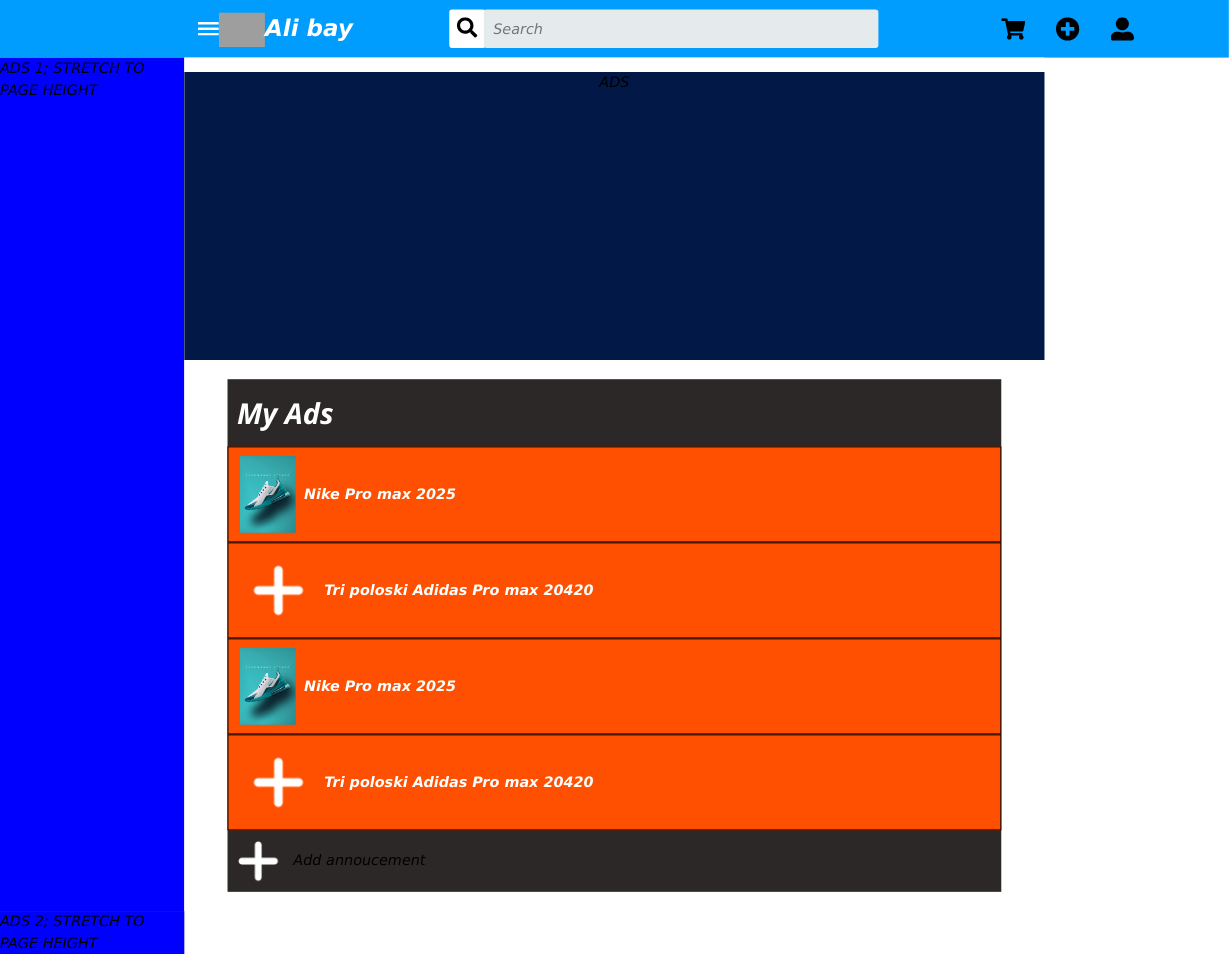
Repository: Aramys21/alibay-site
Page: public/ad_list.html
The author's editor kept a copy of each file at every save. The page is drawn from the files as they stood at one save, then again after the next save.
The browser window is 1280 px wide. The pictures show the whole page, at 96% of full size.
Pictures or frames that could not be fetched are drawn as grey boxes.

Above is the page before, as saved 2023-04-05 00:41:52.

### public/ad_list.html
<!DOCTYPE html>
<html>
  <head>
	<link rel="stylesheet" href="src/css/w3.css">
	<link rel="stylesheet" href="src/css/style.css">
	<link rel="stylesheet" href="src/css/style4.css">
    <title>Ads List Page</title>
  </head>
  <body>
	<div class="w3-sidebar w3-bar-block w3-card w3-animate-left side-bar" style="display:none" id="mySidebar">
		<!-- Side bar Menu -->
		<div class="sidebar-language">
			<button class="w3-bar-item w3-button w3-xlarge sidebar">ENG</button>
			<button class="w3-bar-item w3-button w3-xlarge sidebar">FR</button>
			<button class="w3-bar-item w3-button w3-xlarge sidebar">عربي</button>
		</div>
		<!-- contents of side bar -->
		<a class="w3-bar-item sidebar-title">Compte</a>
		<a href="login.html" class="w3-bar-item sidebar-link"><img class="search-icon" src="src/icons/account-white-icon.svg" style="height:12px;"> Login</a>
		<a href="register.html" class="w3-bar-item sidebar-link"><img class="search-icon" src="src/icons/account-add-icon.svg" style="height:12px;"> Register</a>
		<!-- separator -->
		<a class="w3-bar-item sidebar-title">Categories</a>
		<a href="#" class="w3-bar-item sidebar-link"><img class="search-icon" src="src/icons/perfume-icon.svg" style="height:18px;"> Cosmetique et beauté</a>
		<a href="#" class="w3-bar-item sidebar-link"><img class="search-icon" src="src/icons/watch-icon.svg" style="height:18px;"> Accessoire de mode</a>
		<a href="#" class="w3-bar-item sidebar-link"><img class="search-icon" src="src/icons/car-icon.svg" style="height:18px;"> Véhicules</a>
		<a href="#" class="w3-bar-item sidebar-link"><img class="search-icon" src="src/icons/battery-icon.svg" style="height:18px;"> piéces détachées</a>
		<a href="#" class="w3-bar-item sidebar-link"><img class="search-icon" src="src/icons/android-icon.svg" style="height:18px;"> Téléphones</a>
		<a href="#" class="w3-bar-item sidebar-link"><img class="search-icon" src="src/icons/headphones-icon.svg" style="height:18px;"> Accessoires de téléphones</a>
		<a href="#" class="w3-bar-item sidebar-link"><img class="search-icon" src="src/icons/appliance-icon.svg" style="height:18px;"> Electronique et electroménager</a>
		<a href="vetements.html" class="w3-bar-item sidebar-link"><img class="search-icon" src="src/icons/clothes-icon.svg" style="height:18px;"> Vétements</a>
	</div>

   <div id="navbar" class="navbar">
		<a href="#" id="openNav" class="w3-large navbar-first" onclick="menu_click()"><svg width="22" height="14" viewBox="0 0 22 14" fill="none" xmlns="http://www.w3.org/2000/svg">
			<path d="M0.785714 2.57143H21.2143C21.6482 2.57143 22 2.31561 22 2V0.571429C22 0.255821 21.6482 0 21.2143 0H0.785714C0.351754 0 0 0.255821 0 0.571429V2C0 2.31561 0.351754 2.57143 0.785714 2.57143ZM0.785714 8.28571H21.2143C21.6482 8.28571 22 8.02989 22 7.71429V6.28571C22 5.97011 21.6482 5.71429 21.2143 5.71429H0.785714C0.351754 5.71429 0 5.97011 0 6.28571V7.71429C0 8.02989 0.351754 8.28571 0.785714 8.28571ZM0.785714 14H21.2143C21.6482 14 22 13.7442 22 13.4286V12C22 11.6844 21.6482 11.4286 21.2143 11.4286H0.785714C0.351754 11.4286 0 11.6844 0 12V13.4286C0 13.7442 0.351754 14 0.785714 14Z" fill="white"/>
			</svg>
			</a>
		<div class="navbar__logo"><a href="home.html"><img src="src/images/logo-ab.png" style="width:8%;height:auto;"/>Ali bay</a></div>
		<div class="navbar__search">
		<a class="search-icon-link" href="#"><img class="search-icon" src="src/icons/search-icon.svg" style="width:22px;"></a>
		<input type="text" placeholder="Search" class="navbar__search__input"/>
		</div>
		<div class="navbar__links">


			<div class="dropdown">
				<a href="#" class="dropbtn"><img class="nav-icons" src="src/icons/cart-icon.svg"></a>
				<div id="dropdown-cart" class="dropdown-content">
					<p>My Cart</p>
					<a href="#"><img class="search-icon" src="src/icons/clothes-icon.svg"> Link 1</a>
					<a href="#"><img class="search-icon" src="src/icons/watch-icon.svg"> Link 2</a>
					<a href="#"><img class="search-icon" src="src/icons/appliance-icon.svg"> Link 3</a>
				</div>
			</div>

			<div class="dropdown">
				<a href="ad_list.html" class="dropbtn"><img class="nav-icons" src="src/icons/add-icon.svg"></a>
			</div>

			<div class="dropdown">
				<a href="#" class="dropbtn"><img class="nav-icons" src="src/icons/account-icon.svg"></a>
				<div id="dropdown-acc" class="dropdown-content">
					<p>My Account</p>
					<div class="dropdown-acc-info-container">
						<div class="dropdown-acc-icon"><img id="dropdown-account-icon" src="src/icons/account-icon.svg"></div>
						<a id="dropdown-acc-username">WexDex</a>
					</div>

					<a href="#">Disconnect</a>
				</div>
			</div>

      </div>
    </div>
	<script>
		function menu_click() {
		  if (document.getElementById("mySidebar").style.display === "none") {
			  document.getElementById("mySidebar").style.left = "0";
			  document.getElementById("mySidebar").style.width = "15%";
			  document.getElementById("mySidebar").style.display = "block";
		  }
		  else {
			  document.getElementById("mySidebar").style.display = "none";
		  }
		}
		function w3_close() {
			  document.getElementById("mySidebar").style.display = "none";
		}
	</script>

	<!-- Body Start -->
	<div id="container" style="display:flex;">
	<div class="left">ADS 1; STRETCH TO PAGE HEIGHT</div>
	<div class="main">
		<!-- ADS -->
		<div class="ad-box">
			<p>ADS</p>
		</div>
		<!-- main content -->

		<div class="list-container">
			<div class="list-label"><h2>My Ads</h2></div>
			<!-- Item list -->

			<!-- Single item start -->
			<div class="list-item">
				<a><img src="src/images/ades (1).png"></a>
				<a>Nike Pro max 2025</a>
			</div>
			<!-- single item end -->

			<!-- Single item start -->
			<div class="list-item">
				<a><img src="src/images/ades (2).png"></a>
				<a>Tri poloski Adidas Pro max 20420</a>
			</div>
			<!-- single item end -->

			<!-- Single item start -->
			<div class="list-item">
				<a><img src="src/images/ades (1).png"></a>
				<a>Nike Pro max 2025</a>
			</div>
			<!-- single item end -->

			<!-- Single item start -->
			<div class="list-item">
				<a><img src="src/images/ades (2).png"></a>
				<a>Tri poloski Adidas Pro max 20420</a>
			</div>
			<!-- single item end -->
			<a href="#" style="color:green">
				<a href="#"><img src="src/images/ades (2).png"></a>
				<a href="#" style="text-decoration: none;">Add annoucement</a>
			</div></a>
		</div>


	</div>
		<div class="right">ADS 2; STRETCH TO PAGE HEIGHT</div>
	</div>

	<a href="#" class="back-to-top"></a>
	<script>
		const backToTopButton = document.querySelector('.back-to-top');

		window.addEventListener('scroll', () => {
		  if (window.scrollY > 200) {
			backToTopButton.classList.add('show');
		  } else {
			backToTopButton.classList.remove('show');
		  }
		});

		backToTopButton.addEventListener('click', () => {
		  window.scrollTo({ top: 0, behavior: 'smooth' });
		});

	</script>
  </body>
</html>

### public/src/css/style.css
html,
body {

  font-style: italic;
}

/* Style for the navbar */
  .navbar {
	display: flex;
	justify-content: space-between;
	align-items: center;
	background-color: #009dff;
	color: #fff;
	padding: 10px;
	height: 60px;
  }
  .navbar__logo a {
	font-size: 24px;
	font-weight: bold;
	display: inline;
	color: #fff;
	text-decoration: none;

  }
  .navbar__logo img {
	  width:20% !important;
  }
  .navbar-first {
	  margin-left: 15%;
  }
  .navbar__logo {
	  display: inline;
	  width: 30%;
  }
  .navbar__search {
	  display: flex;
	  width:70%;
  }

  .navbar__search__input {
	/* margin: 0 20px; */
	margin-left: -2px;
	height: 40px;
	border-radius: 3px;
	border: none;
	padding: 0 10px;
	z-index: 1;
  }

  input[type="text"].navbar__search__input {
	margin-right: 20%;
	width: 100% !important;
	background-color: #e5eaed;
  }
  .search-icon-link {
	padding-top: 7px;
	background-color: #ffffff;
	border-radius: 3px;
	border: none;
	padding-left: 8px;
	padding-right: 8px;
  }

  .navbar__links {
	display: flex;
	margin-right: 5%;
  }
  .navbar__links a {
	color: #000;
	text-decoration: none;
	margin-right: 30px;
	font-size: 20px;
	margin-right: 50px;
  }
  .navbar__links a:last-child {
	margin-right: 0;
  }


  .nav-icons {
	  fill: black;
	  color: black;
  }

.side-bar {
	transition: 0.5s;
	background-color: #009dff;
	color: #fff;
}

#navbar {
  transition: margin-left .5s;
  padding: 20px;
}

@media screen and (max-height: 450px) {
  .navbar {padding-top: 15px;}
  .navbar a {font-size: 18px;}
}

/* Drop down */

.dropdown {
  float: left;
  overflow: hidden;
}

.dropdown .dropbtn {
  font-size: 16px;
  border: none;
  outline: none;
  color: white;
  padding: 14px 16px;
  background-color: inherit;
  font-family: inherit;
  margin: 0;
}

.navbar a:hover, .dropdown:hover .dropbtn {

}

.dropdown-content {
  display: none;
  position: absolute;
  background-color: #f9f9f9;
  box-shadow: 0px 8px 16px 0px rgba(0,0,0,0.2);
  z-index: 1;
  right : 10px;
}
#dropdown-cart {
	min-width: 400px;
}
#dropdown-acc {
	min-width: 250px;
}

.dropdown-acc-info-container {
	display: flex;
	align-items: center;
	background-color: #2D2828;
}
.dropdown-acc-info-container a {
	color: white;
	font-size: 20px;

}

.dropdown-acc-icon {
  display: flex;
  justify-content: center;
  align-items: center;
  width: 70px;
  height: 70px !important;
  border-radius: 50%;
  background-color: #FE5000;
  margin-bottom: 5px;
  color: white;
  margin: 5px;
}

.dropdown-acc-icon img {
	fill: #fff;
	color: #fff;
}

.dropdown-content a:not([id="dropdown-acc-username"]),.dropdown-content p,.dropdown-content img {
  float: none;
  color: #fff;
  padding: 6px 10px;
  text-decoration: none;
  display: flex;
  text-align: left;
  margin-right: 0;
  background-color: #FE5000;
}
.dropdown-content img {
	background-color: transparent;
}
.dropdown-content a {
	display: flex;
}

.dropdown-content p {
	background-color: #2D2828;
	margin-bottom: 0;
	margin-top: 0;
	font-size: 20px;
	color: #fff;
}
#dropdown-acc p {
	background-color: #000;
}

.dropdown-content a:hover:not([id="dropdown-acc-username"]),.dropdown-content img:hover {
  background-color: #942B0A;
}
#dropdown-account-icon:hover {
	background-color: transparent;
}

.dropdown:hover .dropdown-content {
  display: block;
}

/* Sidebar */

.sidebar-language button {
	width: 34%;
	font-size: 20px;
}
.sidebar-language {
	display: flex;
	background-color: #0077ff;
	color: #fff;
}
a.sidebar-title, a.sidebar-link {
	text-decoration: none;
}
a.sidebar-link {
	margin-left: 5%;
}
a.sidebar-link:hover {
	background-color: #942B0A;
}


/* Body Structure */
.container {
  justify-content: center;
  align-items: center;
}
.left,
.right {
  display:flex;
  /* height: 100%; */
  width: 15%;
}
.left {
  background-color: blue;
}

.right {
  background-color: blue;
}

.main {
  height: 100%;
  background-color: white;
  width: 70%;
}


/* Content */
.ad-box {
	height:300px;
	background-color: #021947;
	text-align: center;
	align-items: middle;
	margin: auto;
	width:100%;

}

.ad-box img {
	color: #000;
	font-size: 40px;
	margin: auto;
  background-size: cover;
  width: 100%;
  height: 100%;

}
.right img{
  width: 100%;
  height: 100%;

}

/* Categories */

.category-links {
	display: flex;
	justify-content: space-between;
	align-items: center;
  justify-content: center;
	background-color: #2D2828;
	height: 250px;
  padding-top: 10px;
	/* padding-left: 5%;
	padding-right: 5%; */
	flex-wrap: wrap;
	width:auto;
	/* margin-left: 15%; */
	/* margin-right: auto; */
}

.category-link {
  display: flex;
  flex-direction: column;
  justify-content: center;
  align-items: center;
  text-align: center;
  width: 100px;
  height: 120px;
  text-decoration: none;
  font-weight: bold;
  font-size: 1.2em;
  margin-right: 10px;
}

.category-icon {
  display: flex;
  justify-content: center;
  align-items: center;
  width: 70px;
  height: 70px !important;
  border-radius: 50%;
  background-color: #009dff;
  margin-bottom: 5px;
  color: white;
}
.category-icon.active-category {
  background-color: #8CBE39;
}

.category-icon img {
	fill: #fff;
	color: #fff;
}
.icn{
color: #fff;
fill: #fff;
height: 75% ;
}
.category-text {
  display: flex;
  text-overflow: ellipsis;
  overflow: hidden;
  word-wrap: break-word;
  color: white;
  font-size: 1rem;
  height: 50px;
}
/* Filter Bar */
.filter-container {
	/* width: 80%; */
	margin: auto;
	margin-top: 20px;
	display: flex;
	justify-content: center;
}
.filter-bar {
	display: flex;
	width: 40%;
	margin-right: 10%;
}
.filter-bar input {
	width: 100%;
	background-color: #009dff;
	border: none;
	color: white;
	border-top-left-radius: 5px;
	border-bottom-left-radius: 5px;
}

.filter-search-icon-link {
	padding: 8px;
	background-color: #08024f;
	border-top-right-radius: 3px;
	border-bottom-right-radius: 3px;
	border: none;
  }
/* Filter Dropdown */
.filter-dropdown {
  position: relative;
  display: inline-block;
}

.filter-btn {
  background-color: #009dff;
  color: white;
  padding: 10px;
  border: none;
  cursor: pointer;
  border-radius: 15px;
  font-size: 18px;
}

.filter-content {
  display: none;
  position: absolute;
  background-color: #009dff;
  min-width: 200px;
  z-index: 1;
  padding: 10px;
  box-shadow: 0px 8px 16px 0px rgba(0,0,0,0.2);
  border: black solid 1px;
}
.filter-content select,.filter-content input {
	background-color: #2D2828;
	color: white;
}

.filter-content form {
  margin: 0;
}

.filter-content label {
  display: block;
  font-weight: bold;
  margin-bottom: 5px;
}

.filter-content select, .filter-content input {
  display: block;
  margin-bottom: 10px;
  width: 100%;
  padding: 5px;
  border: 1px solid #ccc;
  border-radius: 4px;
  box-sizing: border-box;
}

.filter-content button[type=submit] {
  background-color: #4CAF50;
  color: white;
  border: none;
  padding: 10px;
  cursor: pointer;
}

.filter-dropdown:hover .filter-content {
  display: block;
}


/* Products List */
.product-list {
	display: flex;
	flex-wrap: wrap;
	justify-content: space-between;
	padding-left: 10%;
	padding-right: 10%;
	padding-top: 5%;
	width:100%;
}

.product-card {
  width: calc((100% / 3) - 20px);
  margin-bottom: 20px;
  box-shadow: 0 0 5px rgba(0, 0, 0, 0.2);
  border-radius: 5px;
  overflow: hidden;
  background-color: #006afe;
}

.product-card-img {
  display: block;
  width: 100%;
  height: 350px;
}

.product-card h2 {
  font-size: 1.2em;
  margin: 10px;
}

.product-card p {
  font-size: 0.9em;
  margin: 10px;
  color: #555;
}

.product-icons {
	display: flex;
	align-items: center;
	width: 50%;
}

.product-card a.card-icon-links {
  margin-left: 20px;
  padding: 20px 0px;
  border: none;
  color: white;
  font-weight: bold;
  border-radius: 5px;
  cursor: pointer;
}

.card-icons img {
	width: 33%;
	height: 33%;
}

/* Back to Top button */
.back-to-top {
  display: none;
  position: fixed;
  bottom: 20px;
  right: 20px;
  width: 50px;
  height: 50px;
  background-color: #007bff;
  color: white;
  border-radius: 50%;
  text-align: center;
  line-height: 50px;
  font-size: 24px;
  cursor: pointer;
  z-index: 9999;
  transition: opacity 0.4s ease-in-out;
  text-decoration: none;
}

.back-to-top:before {
  content: "\2191";
  font-family: Arial, sans-serif;
  font-weight: bold;
}

.back-to-top:hover {
  opacity: 0.8;
}

.back-to-top.active {
  display: block;
}


.back-to-top.show {
  display: block;
  opacity: 1;
}

### public/src/css/style4.css
.list-container {
	width: 90%;
	background-color: #2D2828;
	margin: auto;
	margin-top: 20px;
	margin-bottom: 20px;
}

.list-label {
	min-height: 70px;
	max-height: 70px;
	display: flex;
    align-items: center;
}

.list-item {
	min-height: 100px;
	max-height: 100px;
	display: flex;
    align-items: center;
	background-color: #FE5000;

	border: black solid 1px;
}

.list-item img {
	height: 80px;
	margin-left: 3%;
}

.list-container h2 {
	color: white;
	font-weight: bold;
	margin-left: 10px;
}

.list-item a {
	color: white;
	font-size: 30;
	font-weight: bold;
	margin-left: 10px;
}

Loaded but not shown: public/src/css/w3.css (library)

After the next save:
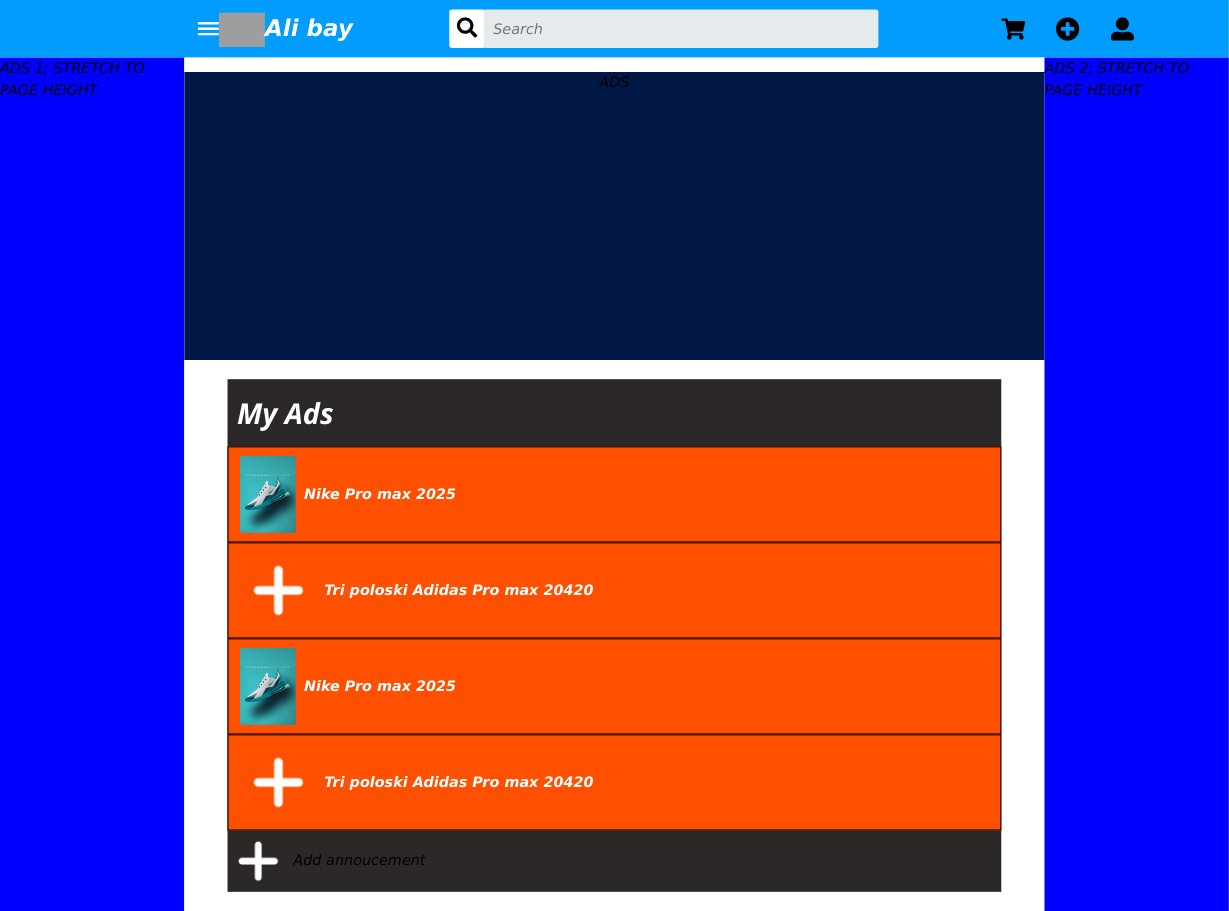
Saved 4 s later.
--- a/public/ad_list.html
+++ b/public/ad_list.html
@@ -132,7 +132,7 @@
 			<a href="#" style="color:green">
 				<a href="#"><img src="src/images/ades (2).png"></a>
 				<a href="#" style="text-decoration: none;">Add annoucement</a>
-			</div></a>
+			</a>
 		</div>
 
 
